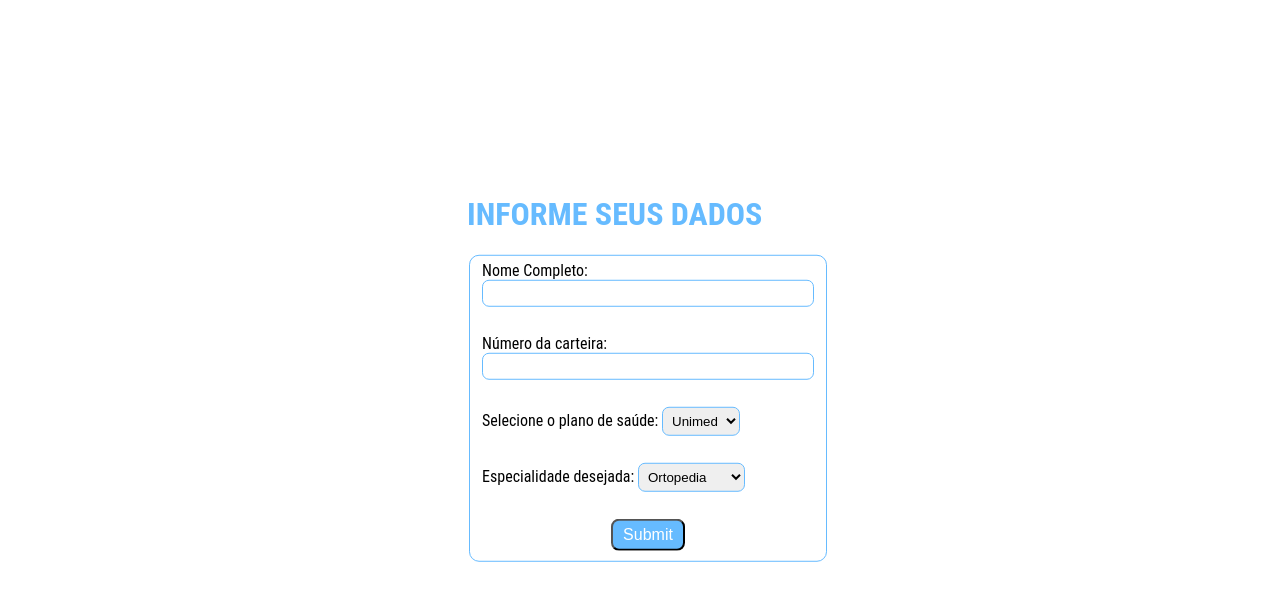
Repository: ohenriquesouza/HospitalCRUD-using-JavaEE
Page: http://localhost/JSP_test/novaConsulta.html
An editor plug-in stored every save of this project. The page is shown before and after the next save, followed by the edit.
The browser window is 1280 px wide. The pictures show the whole page.
Some web fonts or font styles are not loaded; a fallback is used. The page is served by Tomcat 9.

Above is the page before, as saved 2022-12-27 16:37:51.

After the next save:
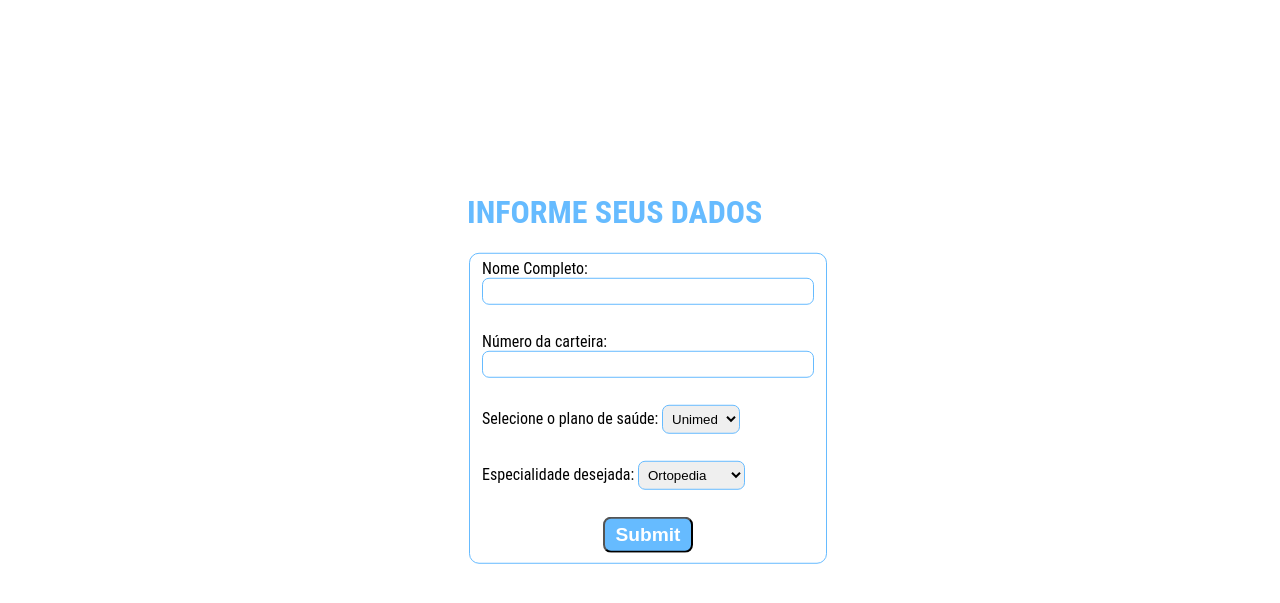
Saved 33 s later.
--- a/JSP_test/src/main/webapp/style.css
+++ b/JSP_test/src/main/webapp/style.css
@@ -27,8 +27,8 @@ h1{
 	background-color: #66bbff;
 	padding: 5px 10px 5px 10px;
 	color: #fff;
-	font-size: 1.0em;
-	font-weight: 500;
+	font-size: 1.2em;
+	font-weight: 700;
 	border-radius: 8px;
 	cursor: pointer;
 }
